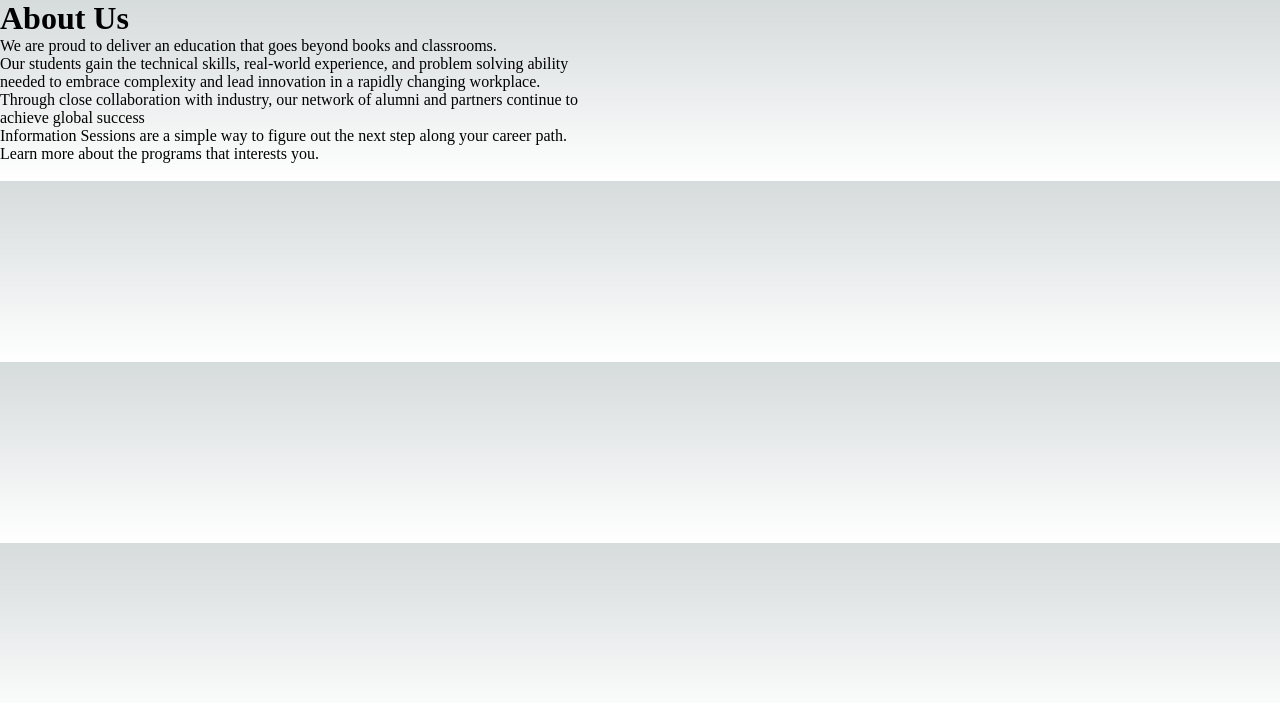
Repository: jennydmcm/assignment-1-playwright-site-A01338943
Page: /about
An editor plug-in stored every save of this project. The page is shown before and after the next save, followed by the edit.
The browser window is 1280 px wide. The pictures show the whole page.
The project was rebuilt for these pictures with package versions that can differ from the ones it lists, and the page was loaded fresh each time. The framework's server and built-in components were replaced by stand-ins that run in the browser. Also part of the build but not shown: next.config.js, styles/About.module.css.

Above is the page before, as saved 2023-02-03 16:09:26.

After the next save:
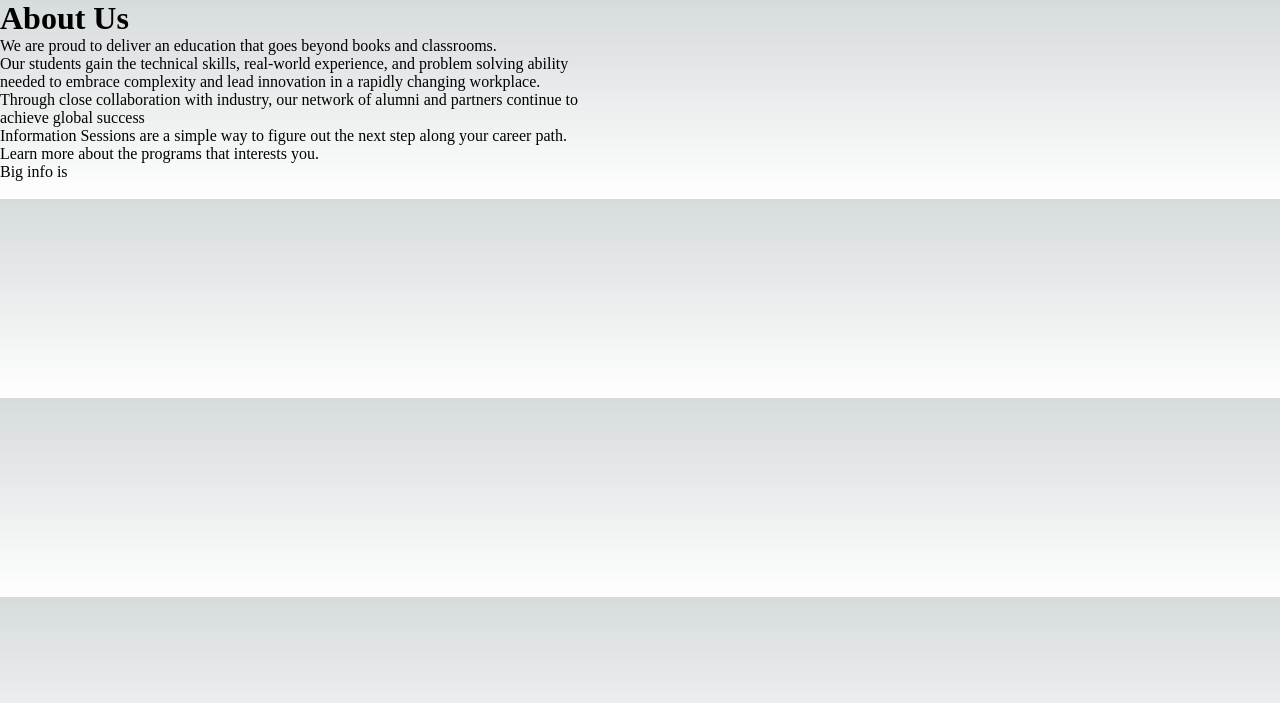
Saved 11 s later.
--- a/pages/about.js
+++ b/pages/about.js
@@ -31,7 +31,7 @@ export default function Home() {
             achieve global success</p>
             <p>Information Sessions are a simple way to figure out the next step along your career path. <br></br>
             Learn more about the programs that interests you.</p>
-            <p></p>
+            <p>Big info is</p>
             <p></p>
             <p></p>
           </div>
